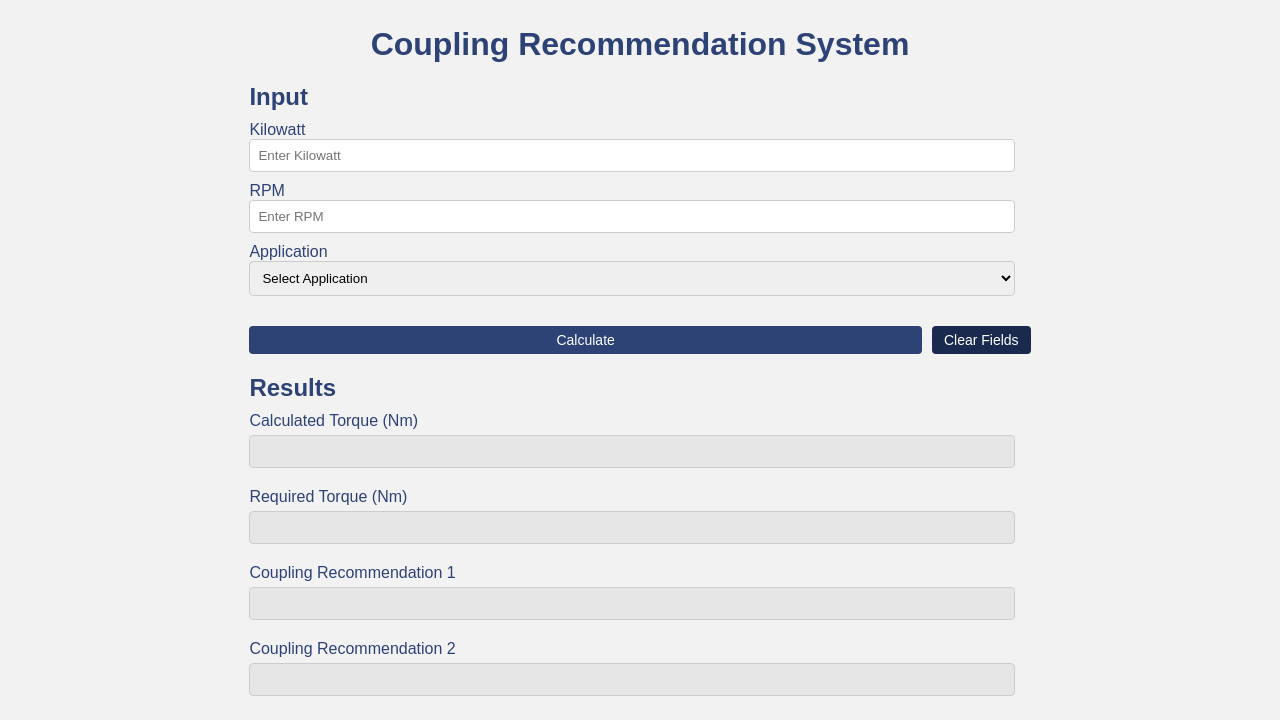
Repository: JustinSadie/calculator
Page: newIndex.html
An editor plug-in stored every save of this project. The page is shown before and after the next save, followed by the edit.
The browser window is 1280 px wide. The pictures show the whole page.

Above is the page before, as saved 2024-08-25 15:52:36.

### newIndex.html
<!DOCTYPE html>
<html lang="en">
  <head>
    <meta charset="UTF-8" />
    <meta name="viewport" content="width=device-width, initial-scale=1.0" />
    <title>Coupling Recommendation</title>
    <link rel="stylesheet" href="newCSS.css" />
  </head>
  <body>
    <div class="coupling-calculator">
      <h1>Coupling Recommendation System</h1>

      <div class="input-section">
        <h2>Input</h2>
        <label for="kilowatt">Kilowatt</label>
        <input
          type="number"
          id="kilowatt"
          placeholder="Enter Kilowatt"
          required
        />

        <label for="rotationSpeed">RPM</label>
        <input
          type="number"
          id="rotationSpeed"
          placeholder="Enter RPM"
          required
        />

        <label for="application">Application</label>
        <select id="application">
          <option value="">Select Application</option>
          <option value="1.2">Centrifugal Pumps</option>
          <option value="1.2">Fans</option>
          <option value="1.2">Belt Conveyors</option>
          <option value="1.6">Hammermill</option>
          <option value="1.6">Bucket Elevator</option>
          <option value="1.6">Scraper Conveyor</option>
          <option value="2.4">Reciprocating Pump</option>
          <option value="2.4">Compressor(3Cyl or less)</option>
          <option value="2">Crusher</option>
          <option value="2">Calender</option>
          <option value="2">Shaker</option>
          <option value="2">Compressor(4 Cyl or more)</option>
          <option value="4">Steel Mill rolers Tables</option>
          <option value="4">Heavy Reversing Drives</option>
        </select>
        <input
          type="text"
          id="customApplication"
          placeholder="Enter Custom Application"
          style="display: none"
        />

        <div class="button-container">
          <button onclick="displayResults()">Calculate</button>
          <button class="additional">Clear Fields</button>
        </div>
      </div>

      <div class="output-section">
        <h2>Results</h2>
        <div class="result">
          <label for="torqueResult">Calculated Torque (Nm)</label>
          <input type="text" id="torqueResult" readonly />
        </div>

        <div class="result">
          <label for="coupRat">Required Torque (Nm)</label>
          <input type="text" id="coupRat" readonly />
        </div>

        <div class="result">
          <label for="brCouplingSuggest1">Coupling Recommendation 1</label>
          <input type="text" id="brCouplingSuggest1" readonly />
        </div>

        <div class="result">
          <label for="brCouplingSuggest2">Coupling Recommendation 2</label>
          <input type="text" id="brCouplingSuggest2" readonly />
        </div>
      </div>

      <script src="Coupling generator copy.js"></script>
    </div>
  </body>
</html>

### newCSS.css
/* Overall page styling */
body {
  font-family: Arial, sans-serif;
  margin: 0;
  padding: 0;
  background-color: #f2f2f2;
  color: #2d4275;
  display: flex;
  justify-content: center;
  align-items: center;
  min-height: 100vh;
}

.coupling-caclulator {
  max-width: 50%; /* Make the container half the width of the page */
  margin: 0 auto;
  padding: 20px;
  background-color: #ffffff;
  box-shadow: 0 0 10px rgba(0, 0, 0, 0.1);
  border: 2px solid #2d4275; /* Add border around the container */
  border-radius: 8px;
  box-sizing: border-box; /* Include padding and border in the width */
}

h1 {
  color: #2d4275;
  text-align: center;
  margin-bottom: 20px;
}

/* Input section styling */
.input-section {
  margin-bottom: 20px;
}

.input-section h2 {
  color: #2d4275;
  margin-bottom: 10px;
}

input,
select {
  padding: 8px; /* Make the input fields smaller */
  margin-bottom: 10px;
  width: calc(100% - 16px); /* Adjust width to account for padding and borders */
  border: 1px solid #ccc;
  border-radius: 4px;
  box-sizing: border-box;
}

/* Container for buttons */
.button-container {
  display: grid;
  grid-template-columns: 1fr auto;
  gap: 10px;
  margin-top: 20px;
}

button {
  padding: 6px 12px; /* Adjust padding if needed */
  background-color: #2d4275;
  color: #ffffff;
  border: none;
  border-radius: 4px;
  cursor: pointer;
  font-size: 14px;
}

button:hover {
  background-color: #1a2a4f;
}

/* Additional button styling */
button.additional {
  background-color: #1a2a4f;
}

button.additional:hover {
  background-color: #0d1a3b;
}


/* Output section styling */
.output-section {
  margin-top: 20px;
}

.output-section h2 {
  color: #2d4275;
  margin-bottom: 10px;
}

.result {
  margin-bottom: 10px;
}

.result label {
  display: block;
  margin-bottom: 5px;
  color: #2d4275;
}

.result input {
  padding: 8px; /* Make the output fields smaller */
  border: 1px solid #ccc;
  border-radius: 4px;
  width: calc(100% - 16px); /* Adjust width to account for padding and borders */
  box-sizing: border-box;
  background-color: #f9f9f9;
}

.result input[readonly] {
  background-color: #e6e6e6;
  cursor: not-allowed;
}

### Coupling generator copy.js
lst = [97,128, 164, 187, 215, 255, 271, 314, 355, 428,
    471, 517, 618, 679, 706, 868, 889, 900,
    1089, 1227, 1296, 1392, 1427, 1641, 1768, 2081,
    2150, 2398, 2551, 2837, 3134, 3343, 3536, 3787,
    4274, 4873, 4963, 5326, 5860, 6645, 6721, 6978,
    7234, 8443, 8806, 9071, 9864, 10172, 10811, 11063,
    12835, 13359, 13870, 14165, 16126, 17502, 18434,
    20135, 20684, 21989, 24153, 28155, 28166, 29107,
    35206, 35584, 38136, 38177, 45784, 48006, 50019,
    52525, 55588, 58182, 68818, 72908, 75800, 79879,
    86627, 99418, 100312, 104658, 136282, 136785,
    152552, 178422, 208020, 234914, 366843
]


const bearingData = {
  black: {
    sizes: [97, 164, 271, 471, 679, 1089, 1641, 2551, 3787, 5326, 6721, 8443, 10811, 18434, 29107, 38177, 52525, 79879],
  },
  yellow: {
    sizes: [128, 215, 355, 618, 889, 1427, 2150, 3343, 4963, 6978, 8806, 11063, 14165, 24153, 38136, 50019, 68818, 104658],
  },
  blue: {
    sizes: [187, 314, 517, 900, 1296, 2081, 3134, 4873, 7234, 10172, 12835, 16126, 20684, 35206, 55588, 72908, 100312, 152552],
  },
  green: {
    sizes: [255, 428, 706, 1227, 1768, 2837, 4274, 6645, 9864, 13870, 17502, 21989, 28155, 48006, 75800, 99418, 136785, 208020],
  },
  red: {
    sizes: [517, 868, 1392, 2398, 3536, 5860, 9071, 13359, 20135, 28166, 35584, 45784, 58182, 86627, 136282, 178422, 234914, 366843],
  },
};

const sizeIndex = {
    "BR_95" : 0,
   "BR_115" : 1,
   "BR_135" : 2,
   "BR_155" : 3,
   "BR_179" : 4,
   "BR_206" : 5,
   "BR_236" : 6,
   "BR_276" : 7,
   "BR_306" : 8,
   "BR_336" : 9,
   "BR_366" : 10,
   "BR_406" : 11,
   "BR_446" : 12,
   "BR_506" : 13,
   "BR_556" : 14,
   "BR_636" : 15,
   "BR_716" : 16,
   "BR_826" : 17,
}


function calculateTorque(){
    var kilowatt = document.getElementById("kilowatt").value;
    var rotationSpeed = document.getElementById("rotationSpeed").value;
    var torque = ((kilowatt *  9550)/rotationSpeed);
    torqueResult = torque.toFixed(2) + " (Nm)";
    return {
        torqueresultText: torqueResult,
        torqueResultNumeric: torque,
    };

}

function getSafetyFactorValue(){
    var serviceFactor = document.getElementById("application").value;
    var customServiceFactor = document.getElementById("customApplication").value.trim();

    if (customServiceFactor) {
        return customServiceFactor;
    } else if (serviceFactor && serviceFactor !== "default") {
        return serviceFactor;
    } else {
        throw new Error("Please select an application or enter a custom application.");
    }
};


function calculateAndSetCouplingRating() {
    try {
        var torque = calculateTorque().torqueResultNumeric;
        var serviceFactor = getSafetyFactorValue();

        if (isNaN(serviceFactor)) {
            throw new Error("Invalid service factor input");
        }
        var couplingRating = Math.round(torque * serviceFactor);
        var couplingRatingResult = couplingRating + " (Nm)";

        return {
            couplingRatingText: couplingRatingResult,
            couplingRatingNumeric: couplingRating,
        };
    } catch (error) {
        console.error("Error in calculateAndSetCouplingRating:", error.message);
        return {
            error: error.message,
        };
    }
}



function nextNearestValue() {

    x = calculateAndSetCouplingRating().couplingRatingNumeric;

    for(const elem of lst){
        if(x <= elem) {
            const nextIndex = lst.indexOf(elem) + 1;
            if (nextIndex < lst.length) {
                return {
                    firstRecommendation : elem,
                    secondrecommendation : lst[nextIndex],
                };
            }
        }
    }
    return {
        firstRecommendation : elem,
        secondrecommendation : "none",
    }
}

function safetyFactor(nnv,torque){
    return (nnv/torque).toFixed(2);
}

function findColorAndSize(value) {
    for (const color in bearingData) {
      const sizes = bearingData[color].sizes;
      const index = sizes.indexOf(value);
      if (index !== -1) {
        const sizeKey = Object.keys(sizeIndex).find((key) => sizeIndex[key] === index);
        return {
          color: color,
          size: sizeKey,
        };
      }
    }
    return null;
}



function displayResults(){
    var newVal = calculateAndSetCouplingRating();
    document.getElementById('torqueResult').value=calculateTorque().torqueresultText;
    document.getElementById('coupRat').value=calculateAndSetCouplingRating().couplingRatingText;

    document.getElementById('brCouplingSuggest1').value=findColorAndSize(nextNearestValue().firstRecommendation).size + " - " + findColorAndSize(nextNearestValue().firstRecommendation).color;
    document.getElementById('brCouplingSuggest2').value=findColorAndSize(nextNearestValue().secondrecommendation).size + " - " + findColorAndSize(nextNearestValue().secondrecommendation).color;
    document.getElementById('sfCouplingSuggest1').value=safetyFactor(nextNearestValue().firstRecommendation, calculateTorque().torqueResultNumeric);
    document.getElementById('sfCouplingSuggest2').value=safetyFactor(nextNearestValue().secondrecommendation, calculateTorque().torqueResultNumeric);
}


function clearTable(){
    document.getElementById('kilowatt').value="";
    document.getElementById('rotationSpeed').value="";
    document.getElementById('serviceFactor').value="";
    document.getElementById('torqueResult').value="";
    document.getElementById('coupRat').value="";
    document.getElementById('brCouplingSuggest1').value="";
    document.getElementById('brCouplingSuggest2').value="";
}

function validateInput(inputId) {
    var inputElement = document.getElementById(inputId);
    var inputValue = inputElement.value.trim();

    if (inputValue === "") {
        alert("Input cannot be empty.");
        return false;
    }

    if (!/^\d+$/.test(inputValue)) {
        alert("Input must contain only numbers.");
        return false;
    }

    return true;
}

function validateForm() {
    if (!validateInput("kilowatt") || !validateInput("rotationSpeed")) {
        return false;
    }
    return true;
}

After the next save:
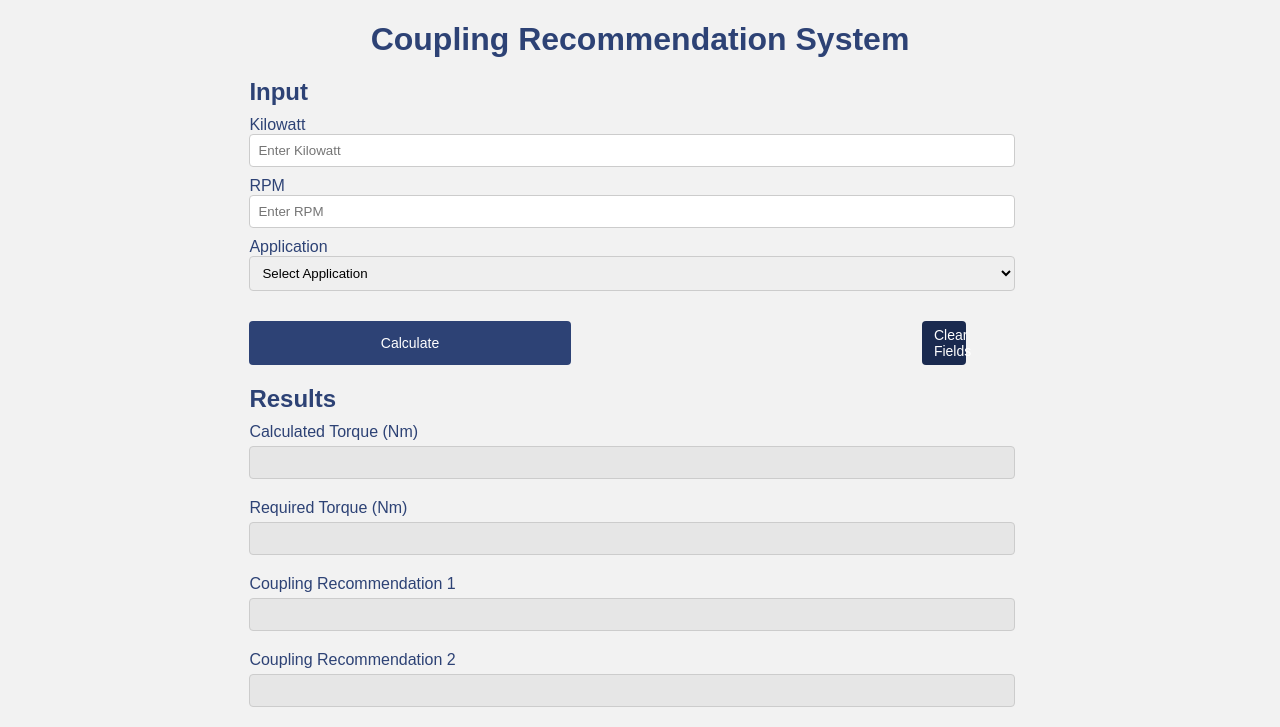
Saved 3 min 56 s later.
--- a/newCSS.css
+++ b/newCSS.css
@@ -64,6 +64,8 @@ button {
   border-radius: 4px;
   cursor: pointer;
   font-size: 14px;
+  width: calc(50% - 10px); /* Adjust width for smaller button */
+  margin-right: 10px; /* Add space between buttons */
 }
 
 button:hover {
@@ -73,6 +75,7 @@ button:hover {
 /* Additional button styling */
 button.additional {
   background-color: #1a2a4f;
+  width: calc(50% - 10px); /* Same size as the primary button */
 }
 
 button.additional:hover {
